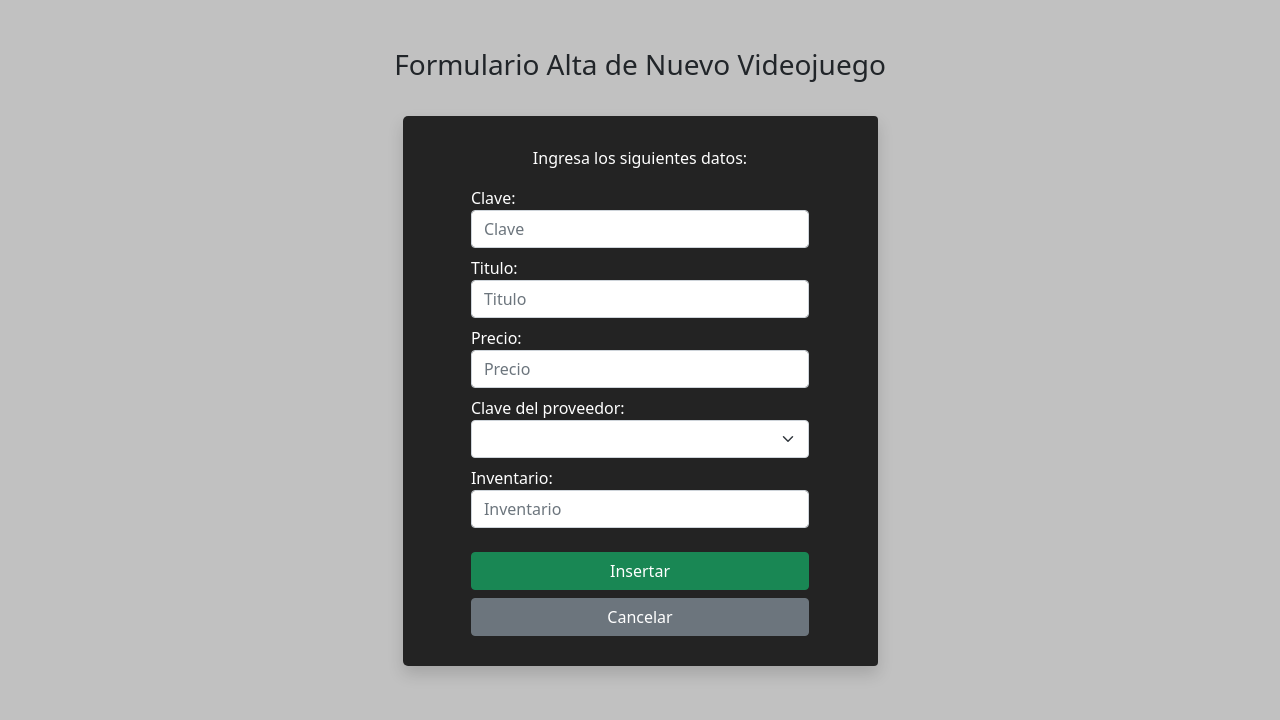
Repository: Jatziri16/JavaEE
Page: http://localhost/TiendaVideojuegos/FormularioInsertarVideojuego.jsp
These files come from the project's save history. The page is drawn as it stood at one moment and after the next save; the edit follows.
The browser window is 1280 px wide. The pictures show the whole page.
The page is served by Tomcat 9. Queries for data that is not in the repository find no rows.

Above is the page before, as saved 2023-12-07 17:49:06.

After the next save:
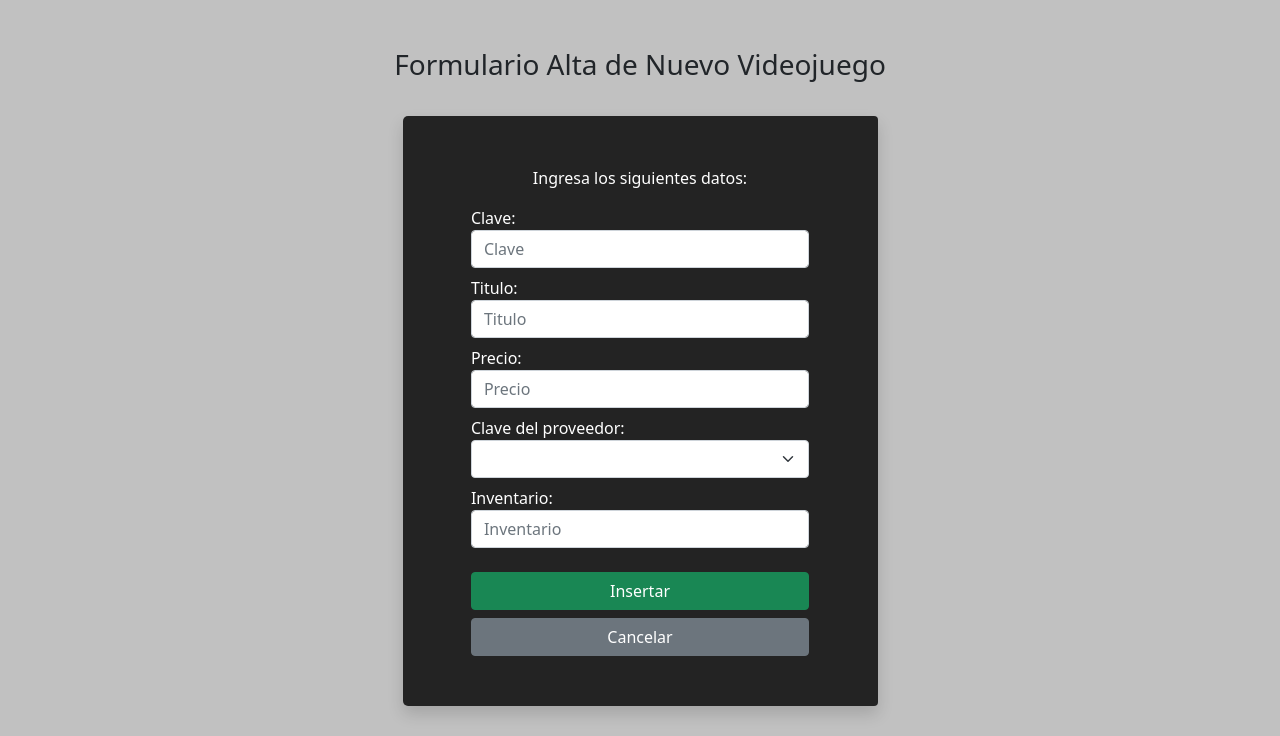
Saved 26 s later.
--- a/TiendaVideojuegos/src/main/webapp/css/style.css
+++ b/TiendaVideojuegos/src/main/webapp/css/style.css
@@ -30,7 +30,7 @@ display: flex;
     background-size: cover;
     background-color: rgba(20, 20, 20, 0.908);
 	border-radius: 5px;
-    padding: 30px 40px;
+    padding: 50px 40px;
     color: white;
 }
 .warning-container
